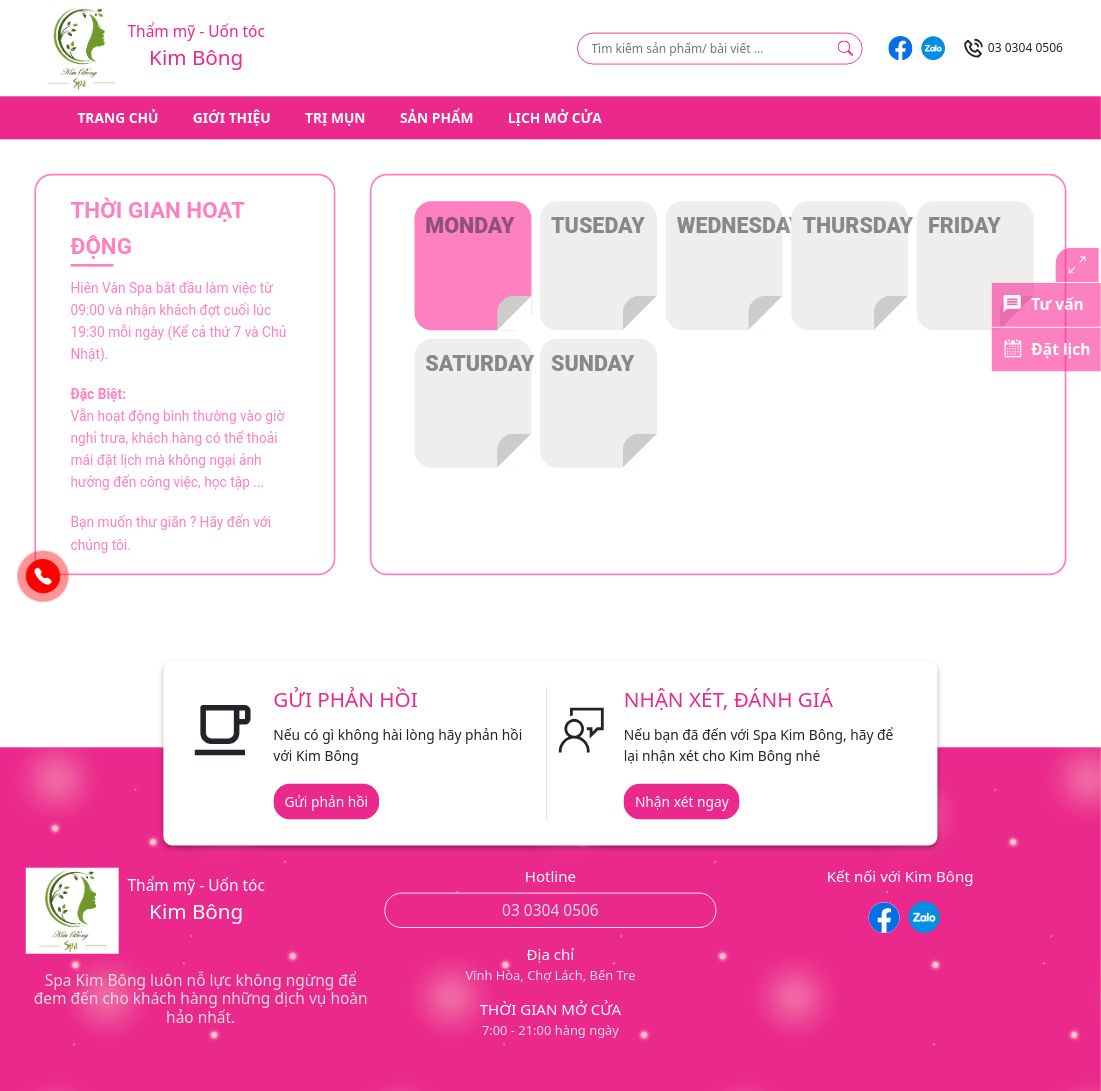
Repository: tranduykhuong/SpaKimBong
Page: /calendar
An editor plug-in stored every save of this project. The page is shown before and after the next save, followed by the edit.
The browser window is 1280 px wide. The pictures show the whole page, at 86% of full size.
The project was rebuilt for these pictures with package versions that can differ from the ones it lists, and the page was loaded fresh each time. Also part of the build but not shown: src/components/Banner/banner.scss, src/components/Banner/Banner.js, src/pages/Home/home.scss, src/pages/Home/ListImage/listImage.scss, src/pages/Home/ListImage/ListImage.js, src/pages/Home/BookOnline/bookOnl.scss, src/pages/Home/BookOnline/Modal/ModalBook/modalbook.scss, src/pages/Home/BookOnline/Modal/ModalBook/modalbook.js and 24 more.

Above is the page before, as saved 2022-06-07 10:56:59.

After the next save:
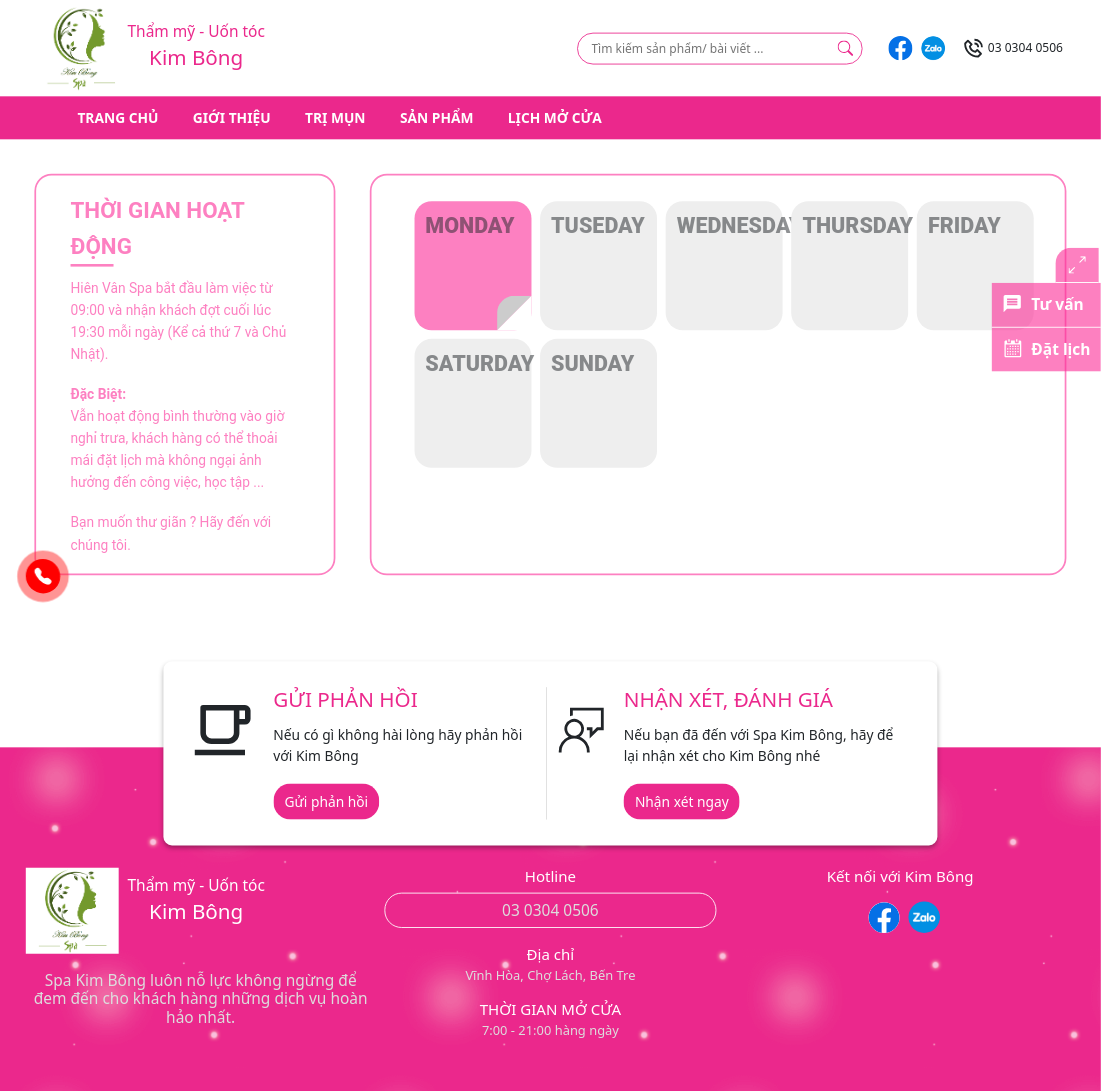
Saved 41 s later.
--- a/src/pages/Calendar/calendar.scss
+++ b/src/pages/Calendar/calendar.scss
@@ -82,7 +82,7 @@
           .box1 {
             background-color: #fd80c1;
           }
-          .calendar-box:before {
+          .box1:before {
             content: "";
             position: absolute;
             bottom: 0;
@@ -92,7 +92,7 @@
             border-left: 0 solid transparent;
             border-top-left-radius: 20px;
           }
-          .calendar-box:after {
+          .box1:after {
             content: "";
             position: absolute;
             bottom: 0;
